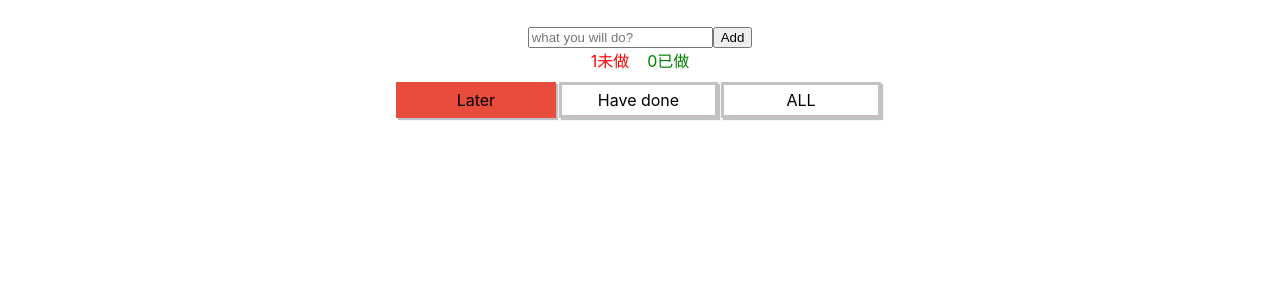
Repository: yurensmile/todolist
Page: /, after clicking the first element matching `button`
These files come from the project's save history. The page is drawn as it stood at one moment and after the next save; the edit follows.
The browser window is 1280 px wide. The pictures show the whole page.
The project was rebuilt for these pictures with package versions that can differ from the ones it lists, and the page was loaded fresh each time. Also part of the build but not shown: src/All.js, src/HaveDone.js.

Above is the page before, as saved 2019-03-20 17:21:29.

After the next save:
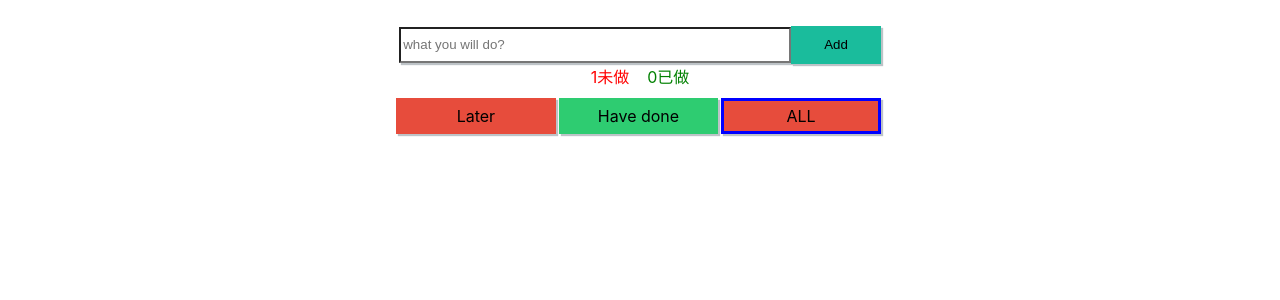
Saved 4 s later.
--- a/src/App.css
+++ b/src/App.css
@@ -36,7 +36,7 @@ li{
 }
 .havedone{
   /* border-color: green; */
-  background-color:rgba(46, 204, 113,1.0;
+  background-color:rgba(46, 204, 113,1.0);
   border-color: rgba(46, 204, 113,1.0);
 }
 .all{
